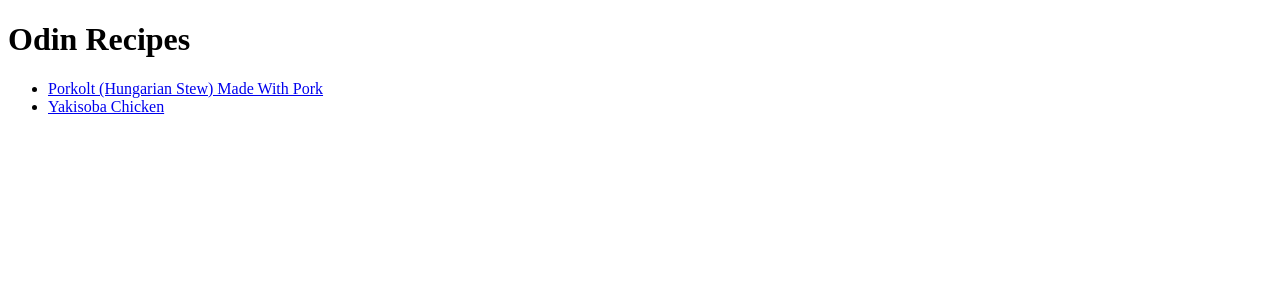
Repository: ShaneLau2/odin-recipes
Page: index.html
The author's editor kept a copy of each file at every save. The page is drawn from the files as they stood at one save, then again after a run of saves.
The browser window is 1280 px wide. The pictures show the whole page.

Above is the page before, as saved 2024-02-23 17:45:33.

After the next 2 saves:
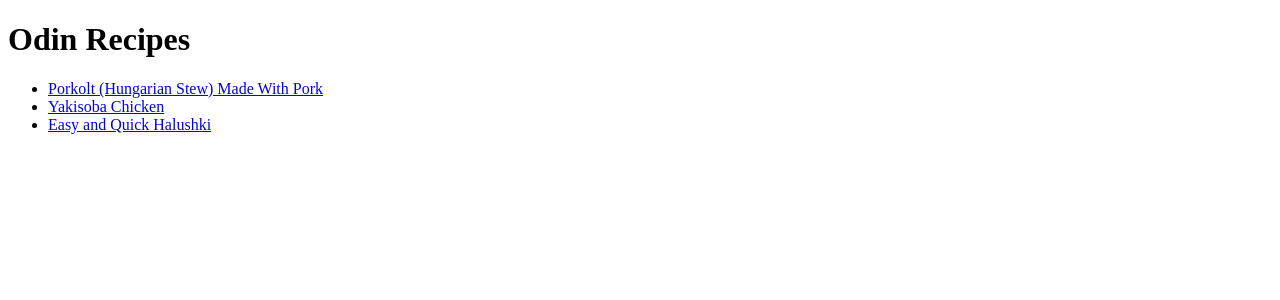
The 2 saves are shown as one change because they came seconds apart.
The last was saved 17 s later.
--- a/index.html
+++ b/index.html
@@ -11,13 +11,16 @@
     <h1>Odin Recipes</h1>
     <ul>
         <li>
-            <a href="recipes/Porkolt (Hungarian Stew) Made With Pork.html">Porkolt (Hungarian Stew) Made With Pork</a>
+            <a href="recipes/Porkolt (Hungarian Stew) Made With Pork.html">Porkolt (Hungarian Stew) Made With Pork</a
+        >
+      </li>
+      <li>
+        <a href="recipes/Yakisoba Chicken.html">Yakisoba Chicken</a>
         </li>
         <li>
-            <a href="recipes/Yakisoba Chicken.html">Yakisoba Chicken</a>
-        </li>
-
+            <a href="recipes/Easy and Quick Halushki.html">Easy and Quick Halushki</a
+        >
+      </li>
     </ul>
-</body>
-
+  </body>
 </html>
